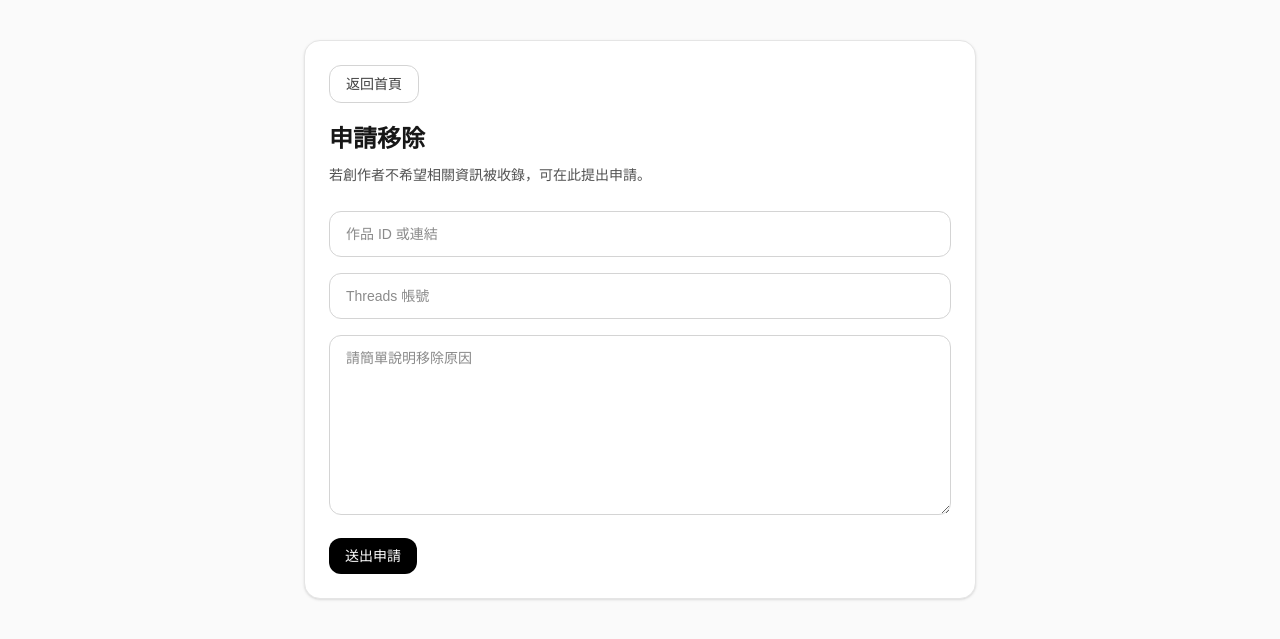
Repository: tzuhan2575/cheering-source-site
Page: /remove
The author's editor kept a copy of each file at every save. The page is drawn from the files as they stood at one save, then again after the next save.
The browser window is 1280 px wide. The pictures show the whole page.
The page's requests for data from a server got no answer. The project was rebuilt for these pictures with package versions that can differ from the ones it lists, and the page was loaded fresh each time. The framework's server and built-in components were replaced by stand-ins that run in the browser. No one was signed in, and anything a server would have sent is missing. Also part of the build but not shown: next.config.ts.

Above is the page before, as saved 2026-03-13 22:52:41.

After the next save:
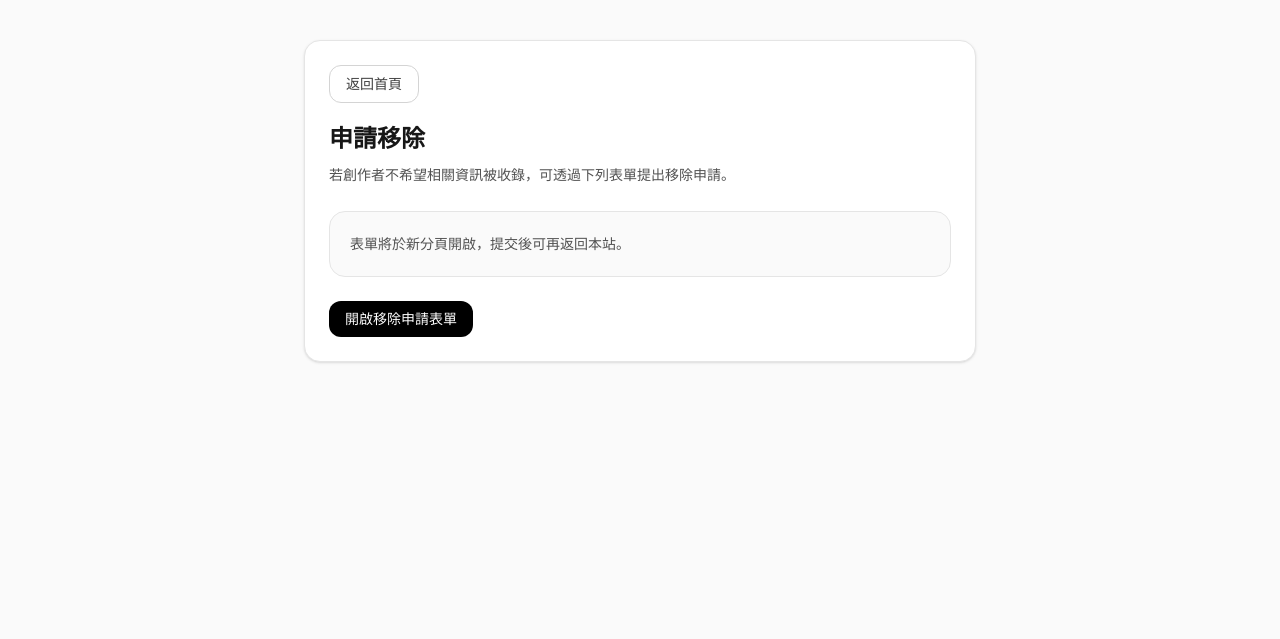
Saved 10 s later.
--- a/app/remove/page.tsx
+++ b/app/remove/page.tsx
@@ -1,45 +1,10 @@
 "use client";
 
 import Link from "next/link";
-import { FormEvent, useState } from "react";
+
+const REMOVE_FORM_URL = process.env.NEXT_PUBLIC_REMOVE_FORM_URL || "#";
 
 export default function RemovePage() {
-  const [form, setForm] = useState({
-    itemRef: "",
-    creator: "",
-    reason: "",
-  });
-  const [message, setMessage] = useState("");
-  const [isSubmitting, setIsSubmitting] = useState(false);
-
-  const handleSubmit = async (e: FormEvent) => {
-    e.preventDefault();
-    setIsSubmitting(true);
-    setMessage("");
-
-    try {
-      const res = await fetch("/api/remove", {
-        method: "POST",
-        headers: { "Content-Type": "application/json" },
-        body: JSON.stringify(form),
-      });
-
-      if (!res.ok) throw new Error("remove failed");
-
-      setMessage("已成功送出移除申請。");
-      setForm({
-        itemRef: "",
-        creator: "",
-        reason: "",
-      });
-    } catch (error) {
-      console.error(error);
-      setMessage("送出失敗，請稍後再試。");
-    } finally {
-      setIsSubmitting(false);
-    }
-  };
-
   return (
     <main className="min-h-screen bg-neutral-50 px-6 py-10">
       <div className="mx-auto max-w-2xl rounded-2xl border border-neutral-200 bg-white p-6 shadow-sm">
@@ -54,42 +19,25 @@ export default function RemovePage() {
 
         <h1 className="text-2xl font-bold text-neutral-900">申請移除</h1>
         <p className="mt-2 text-sm leading-6 text-neutral-600">
-          若創作者不希望相關資訊被收錄，可在此提出申請。
+          若創作者不希望相關資訊被收錄，可透過下列表單提出移除申請。
         </p>
 
-        <form onSubmit={handleSubmit} className="mt-6 space-y-4">
-          <input
-            type="text"
-            value={form.itemRef}
-            onChange={(e) => setForm({ ...form, itemRef: e.target.value })}
-            placeholder="作品 ID 或連結"
-            className="w-full rounded-xl border border-neutral-300 px-4 py-3 text-sm outline-none"
-          />
-          <input
-            type="text"
-            value={form.creator}
-            onChange={(e) => setForm({ ...form, creator: e.target.value })}
-            placeholder="Threads 帳號"
-            className="w-full rounded-xl border border-neutral-300 px-4 py-3 text-sm outline-none"
-          />
-          <textarea
-            value={form.reason}
-            onChange={(e) => setForm({ ...form, reason: e.target.value })}
-            placeholder="請簡單說明移除原因"
-            className="min-h-[180px] w-full rounded-xl border border-neutral-300 px-4 py-3 text-sm outline-none"
-          />
-          <button
-            type="submit"
-            disabled={isSubmitting}
-            className={`rounded-xl px-4 py-2 text-sm text-white ${
-              isSubmitting ? "bg-neutral-400" : "bg-black"
-            }`}
+        <div className="mt-6 rounded-2xl border border-neutral-200 bg-neutral-50 p-5 text-sm leading-6 text-neutral-600">
+          <p>
+            表單將於新分頁開啟，提交後可再返回本站。
+          </p>
+        </div>
+
+        <div className="mt-6">
+          <a
+            href={REMOVE_FORM_URL}
+            target="_blank"
+            rel="noreferrer"
+            className="inline-flex rounded-xl bg-black px-4 py-2 text-sm text-white transition hover:opacity-90"
           >
-            {isSubmitting ? "送出中…" : "送出申請"}
-          </button>
-        </form>
-
-        {message && <p className="mt-4 text-sm text-neutral-700">{message}</p>}
+            開啟移除申請表單
+          </a>
+        </div>
       </div>
     </main>
   );
